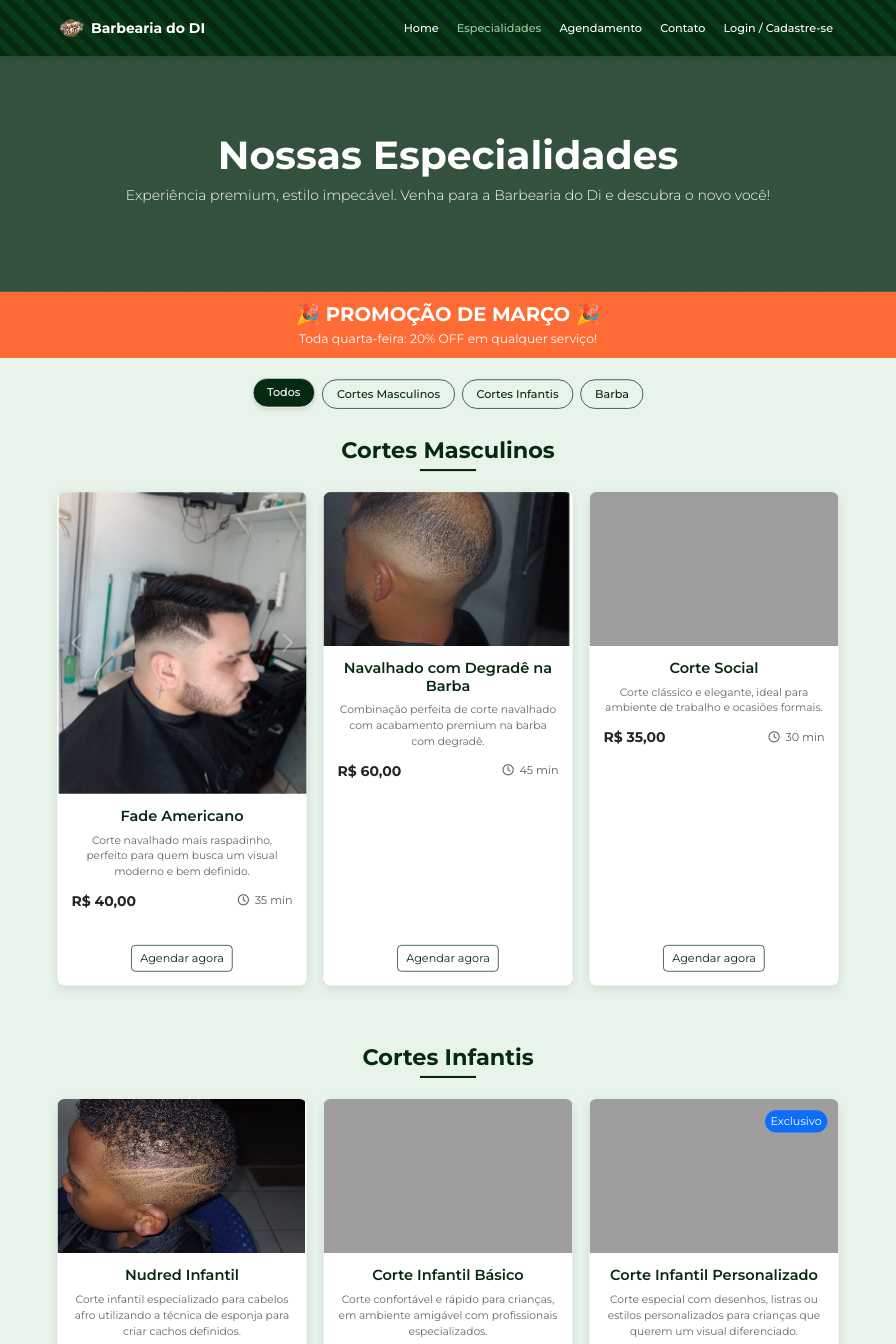
Repository: MichelAlmeida1990/Barbearia-do-Di
Page: Especialidades.html
An editor plug-in stored every save of this project. The page is shown before and after the next save, followed by the edit.
The browser window is 1280 px wide. The pictures show the part of the page from y = 0 to 1920 px (the page is 4264 px tall before and 4144 px after), at 70% of full size.
Pictures or frames that could not be fetched are drawn as grey boxes.

Above is the page before, as saved 2025-04-01 15:50:37.
Not found: images/banner-bg.jpg

After the next save:
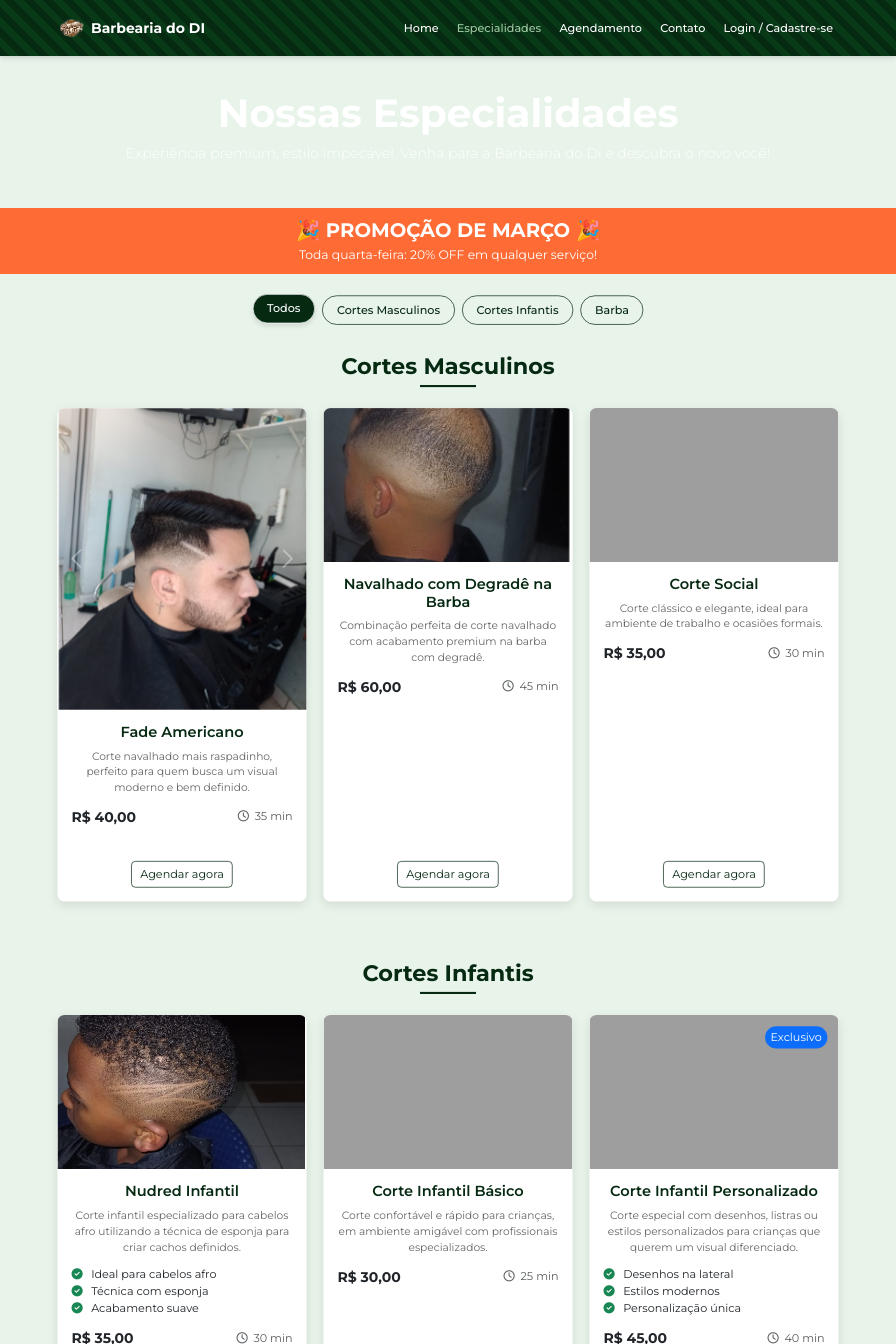
Saved 6 min 13 s later.
--- a/Especialidades.html
+++ b/Especialidades.html
@@ -56,13 +56,21 @@
     </div>
   </nav>
 
-  <!-- Header com Banner e padrão de listras -->
-  <header class="especialidades-header">
-    <div class="container text-center py-5">
-      <h1 class="display-4 fw-bold text-white">Nossas Especialidades</h1>
-      <p class="lead text-white">Experiência premium, estilo impecável. Venha para a Barbearia do Di e descubra o novo você!</p>
-    </div>
-  </header>
+  <!-- Header com padrão de listras (modificado para incluir transição) -->
+  <div class="header-wrapper">
+    <!-- Parte superior com listras claras -->
+    <div class="header-top">
+      <div class="container text-center py-5">
+        <h1 class="display-4 fw-bold text-white">Nossas Especialidades</h1>
+        <p class="lead text-white">Experiência premium, estilo impecável. Venha para a Barbearia do Di e descubra o novo você!</p>
+      </div>
+    </div>
+
+    <!-- Parte inferior com tom mais escuro (similar à página de contato) -->
+    <div class="header-bottom">
+      <!-- Esta div está vazia mas cria o efeito visual necessário -->
+    </div>
+  </div>
 
   <!-- Banner Promocional -->
   <div class="promo-banner">
@@ -84,11 +92,13 @@
       </div>
     </div>
 
+    <!-- Restante do conteúdo permanece igual -->
     <!-- Cortes Masculinos -->
     <section class="servicos-section" id="masculino">
+      <!-- Conteúdo existente -->
       <h2 class="categoria-titulo">Cortes Masculinos</h2>
       <div class="row">
-
+        <!-- Cards existentes -->
         <!-- Fade Americano -->
         <div class="col-md-4 mb-4">
           <div class="card h-100">
@@ -157,11 +167,12 @@
       </div>
     </section>
 
+    <!-- Restante das seções permanece igual -->
     <!-- Cortes Infantis -->
     <section class="servicos-section" id="infantil">
       <h2 class="categoria-titulo">Cortes Infantis</h2>
       <div class="row">
-
+        <!-- Cards existentes -->
         <!-- Nudred Infantil -->
         <div class="col-md-4 mb-4">
           <div class="card h-100">
@@ -227,6 +238,7 @@
     <section class="servicos-section" id="barba">
       <h2 class="categoria-titulo">Barba</h2>
       <div class="row">
+        <!-- Cards existentes -->
         <!-- Barba Completa -->
         <div class="col-md-4 mb-4">
           <div class="card h-100">
